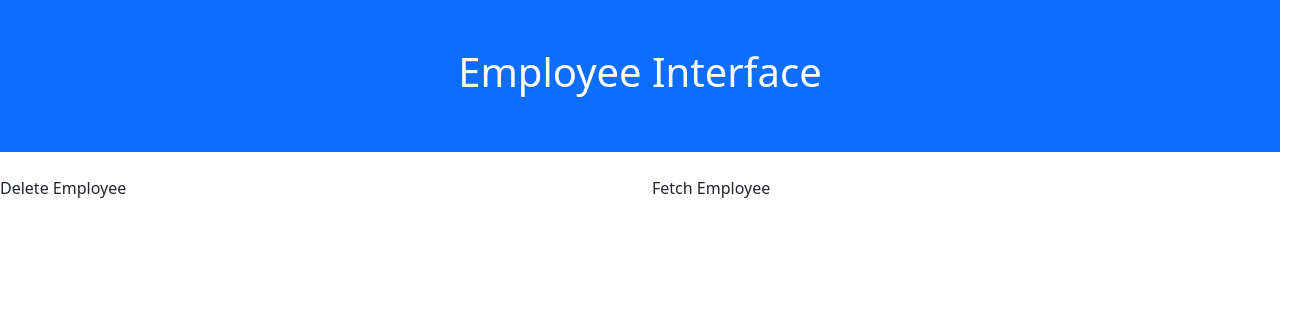
Repository: Rishicollinz/Java_Fullstack
Page: Eclipse 2/jspproject/src/main/webapp/index.html
These files come from the project's save history. The page is drawn as it stood at one moment and after the next save; the edit follows.
The browser window is 1280 px wide. The page is 1292 px wide, then 1280 px, so the pictures cover 1292 px, including what lies to the right of the window. The pictures show the whole page.

Above is the page before, as saved 2023-05-18 15:23:48.

### Eclipse 2/jspproject/src/main/webapp/index.html
<!DOCTYPE html>
<html>
<head>
<meta charset="UTF-8">
<title>Employee Interface</title>
<meta charset="utf-8">
  <meta name="viewport" content="width=device-width, initial-scale=1">
  <link href="https://cdn.jsdelivr.net/npm/bootstrap@5.2.3/dist/css/bootstrap.min.css" rel="stylesheet">
  <script src="https://cdn.jsdelivr.net/npm/bootstrap@5.2.3/dist/js/bootstrap.bundle.min.js"></script>

</head>
<body>

<div class="container-fluid p-5 bg-primary text-white text-center">
  <h1>Employee Interface</h1>
</div>

<div class="row bg- text-white">
  <div class="col">View Employee</div>
  <div class="col">Add Employee</div>
  <div class="col">Update Employee</div>
</div>

<div class="row">
  <div class="col">Delete Employee</div>
  <div class="col">Fetch Employee</div>
</div>

</body>
</html>

After the next save:
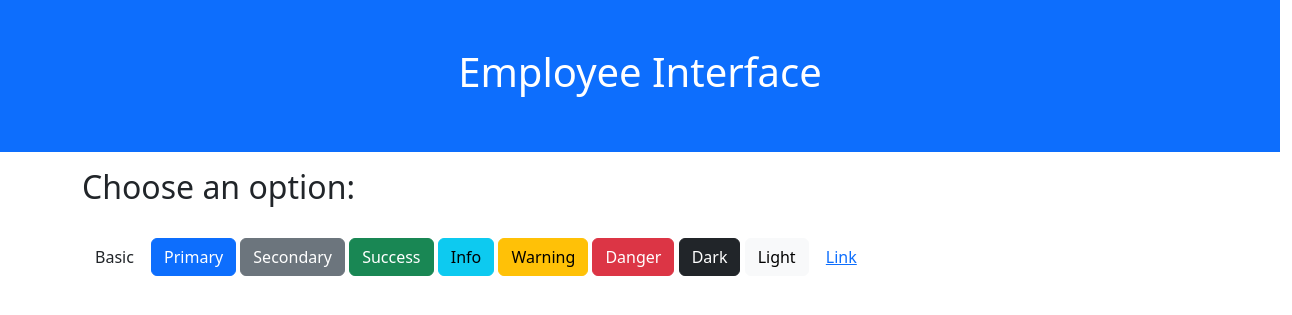
Saved 114 s later.
--- a/Eclipse 2/jspproject/src/main/webapp/index.html
+++ b/Eclipse 2/jspproject/src/main/webapp/index.html
@@ -15,16 +15,18 @@
   <h1>Employee Interface</h1>
 </div>
 
-<div class="row bg- text-white">
-  <div class="col">View Employee</div>
-  <div class="col">Add Employee</div>
-  <div class="col">Update Employee</div>
+<div class="container mt-3">
+  <h2>Choose an option:</h2><br>
+  <button type="button" class="btn">Basic</button>
+  <button type="button" class="btn btn-primary">Primary</button>
+  <button type="button" class="btn btn-secondary">Secondary</button>
+  <button type="button" class="btn btn-success">Success</button>
+  <button type="button" class="btn btn-info">Info</button>
+  <button type="button" class="btn btn-warning">Warning</button>
+  <button type="button" class="btn btn-danger">Danger</button>
+  <button type="button" class="btn btn-dark">Dark</button>
+  <button type="button" class="btn btn-light">Light</button>
+  <button type="button" class="btn btn-link">Link</button>
 </div>
-
-<div class="row">
-  <div class="col">Delete Employee</div>
-  <div class="col">Fetch Employee</div>
-</div>
-
 </body>
 </html>
